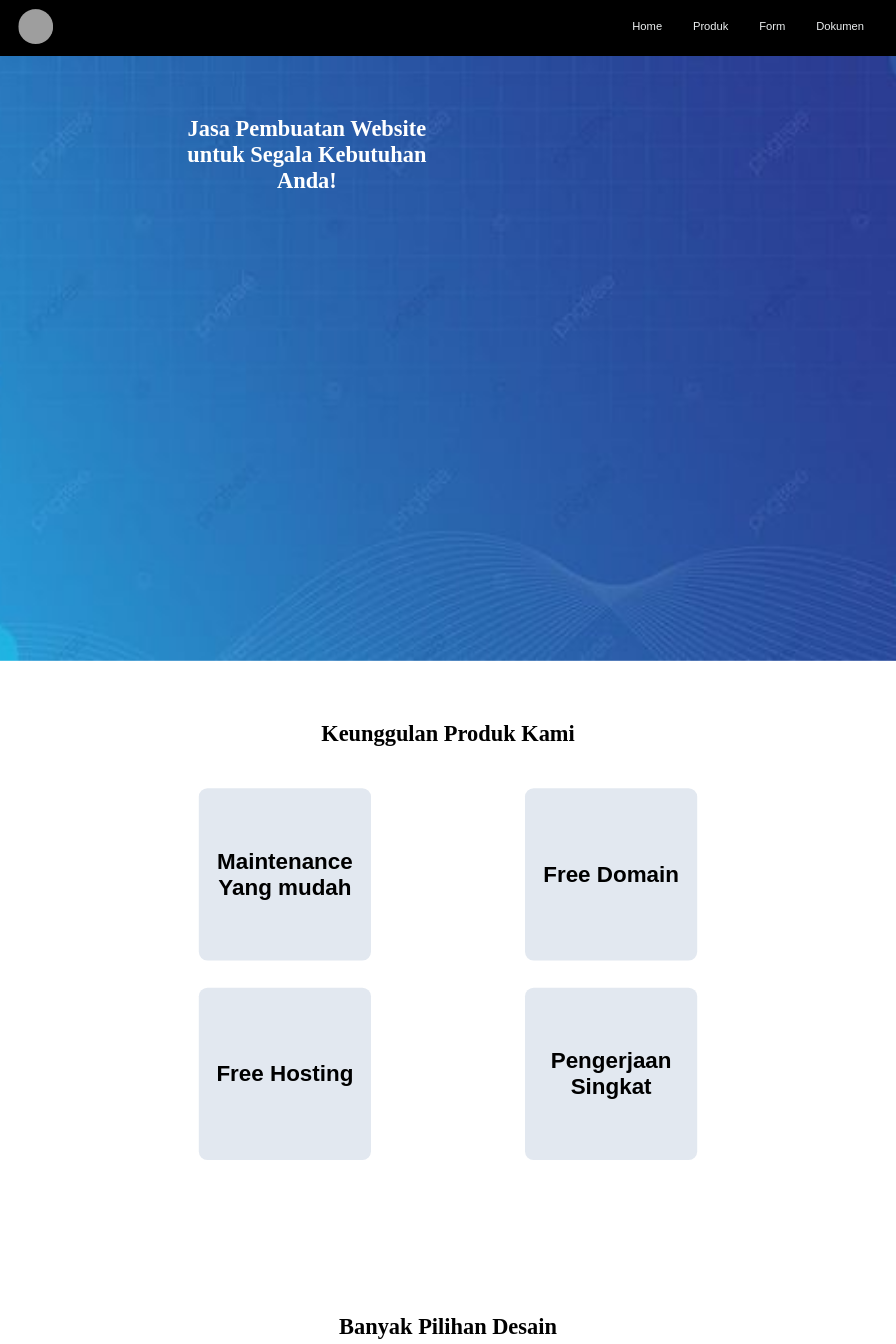
Repository: zecht12/TimModul
Page: TimModul.html
The author's editor kept a copy of each file at every save. The page is drawn from the files as they stood at one save, then again after a run of saves.
The browser window is 1280 px wide. The pictures show the part of the page from y = 0 to 1920 px (the page is 3920 px tall), at 70% of full size.
Pictures or frames that could not be fetched are drawn as grey boxes.

Above is the page before, as saved 2023-04-25 19:04:28.

After the next 2 saves:
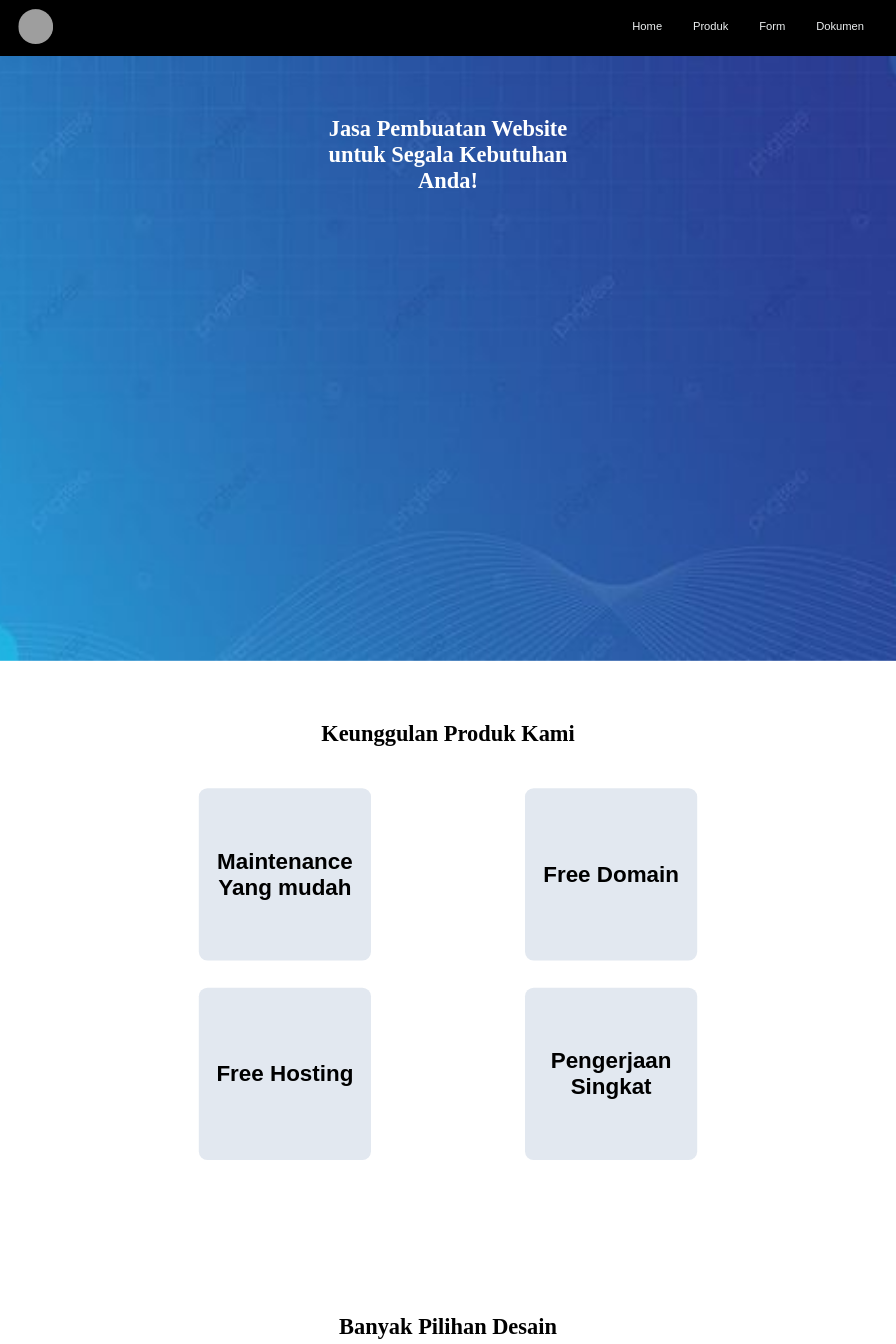
The 2 saves are shown as one change because they came seconds apart.
The last was saved 6 s later.
--- a/TimModul.html
+++ b/TimModul.html
@@ -26,7 +26,7 @@
 
             </div>
             <div style="height: auto; width: 70%;">
-                <div>
+                <div style=" display: flex; justify-content: center; align-items: center;">
                     <h1 style="text-align: center; color: white; font-size: xx-large; font-weight: 900; width: 50%;">Jasa Pembuatan Website untuk Segala Kebutuhan Anda!</h1>
                 </div>
             </div>
